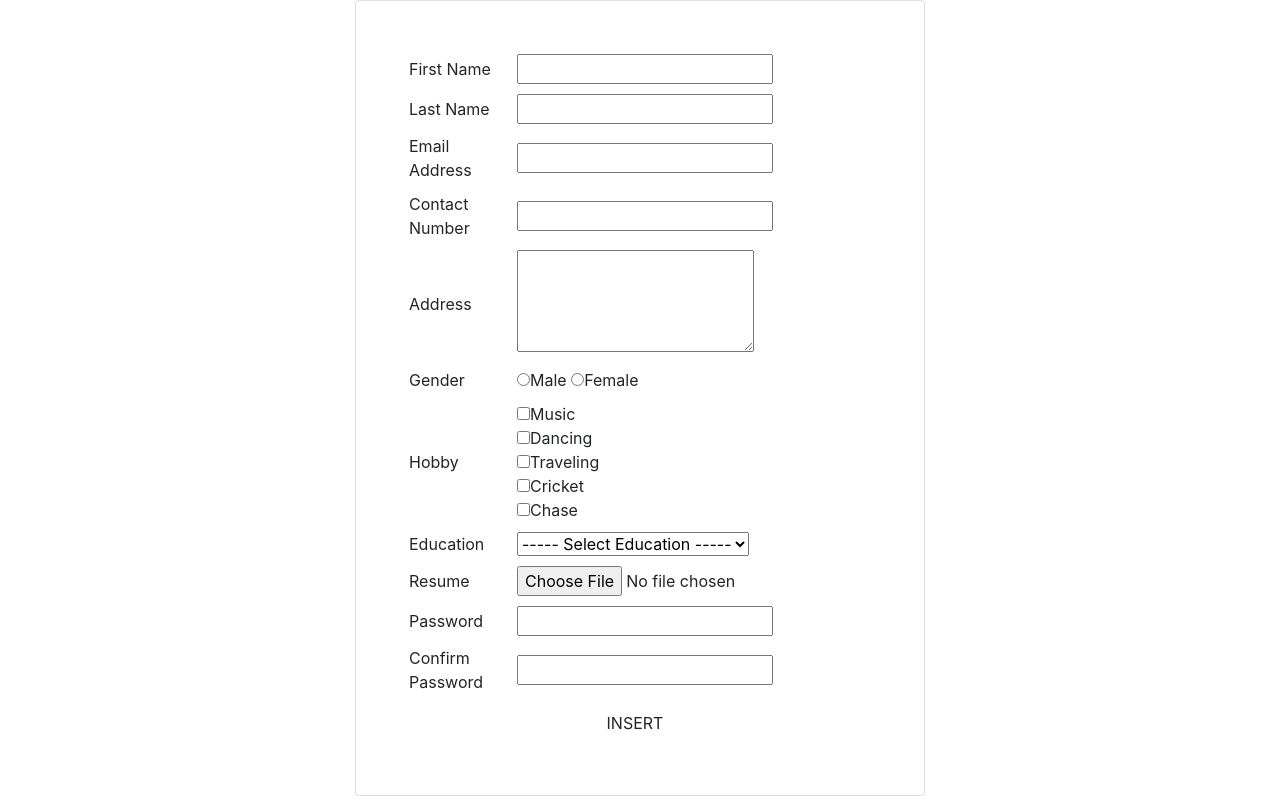
Repository: dhiren1618/OCT-JAVA-2023
Page: http://localhost/AdvancedJava/bootstrap.jsp
These files come from the project's save history. The page is drawn as it stood at one moment and after the next save; the edit follows.
The browser window is 1280 px wide. The pictures show the whole page.
The page is served by Tomcat 9.

Above is the page before, as saved 2024-06-15 10:51:05.

After the next save:
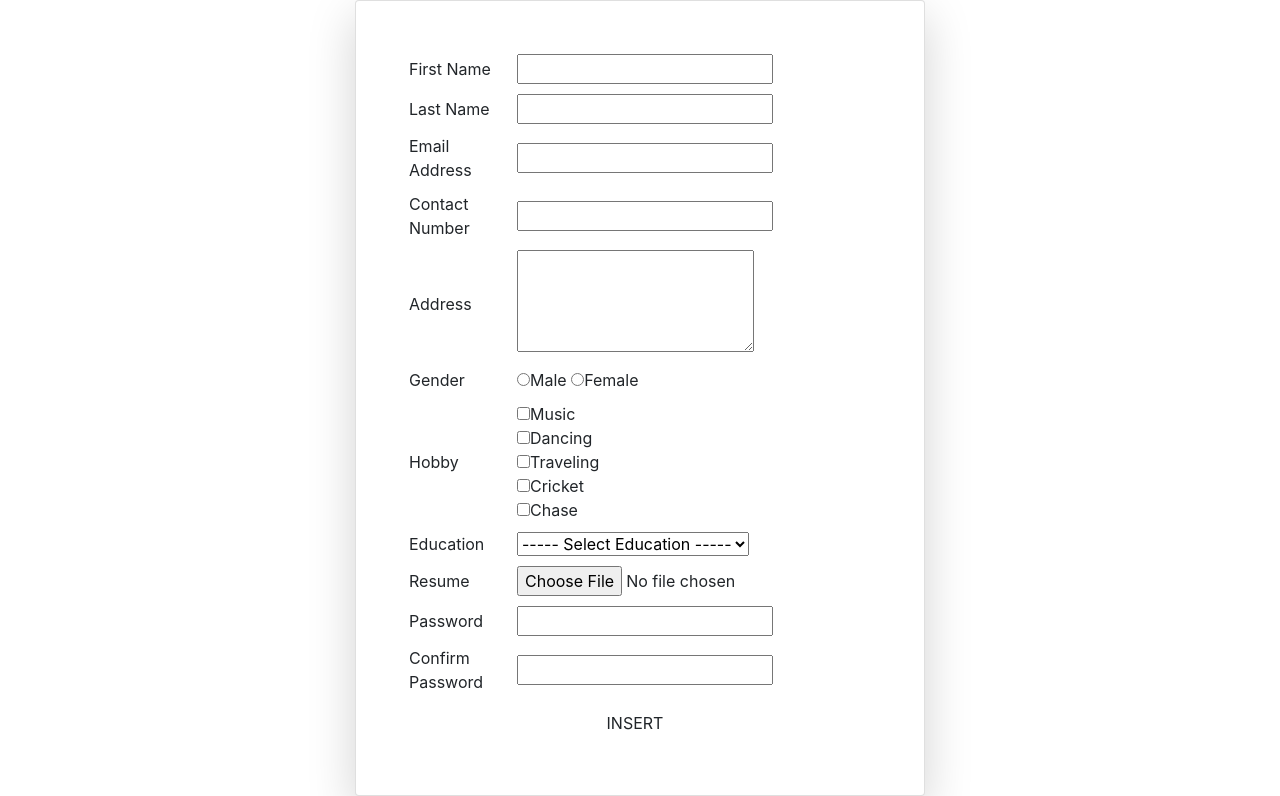
Saved 81 s later.
--- a/AdvancedJava/src/main/webapp/bootstrap.jsp
+++ b/AdvancedJava/src/main/webapp/bootstrap.jsp
@@ -17,7 +17,7 @@
 
 	<div class="container">
 		<div class="row">
-			<div class="col-md-6 m-auto card p-5">
+			<div class="col-md-6 m-auto card p-5  shadow-lg">
 	<form action="" method="post" name="insert">
 
 		<table cellspacing="5px" cellpadding="5px">
